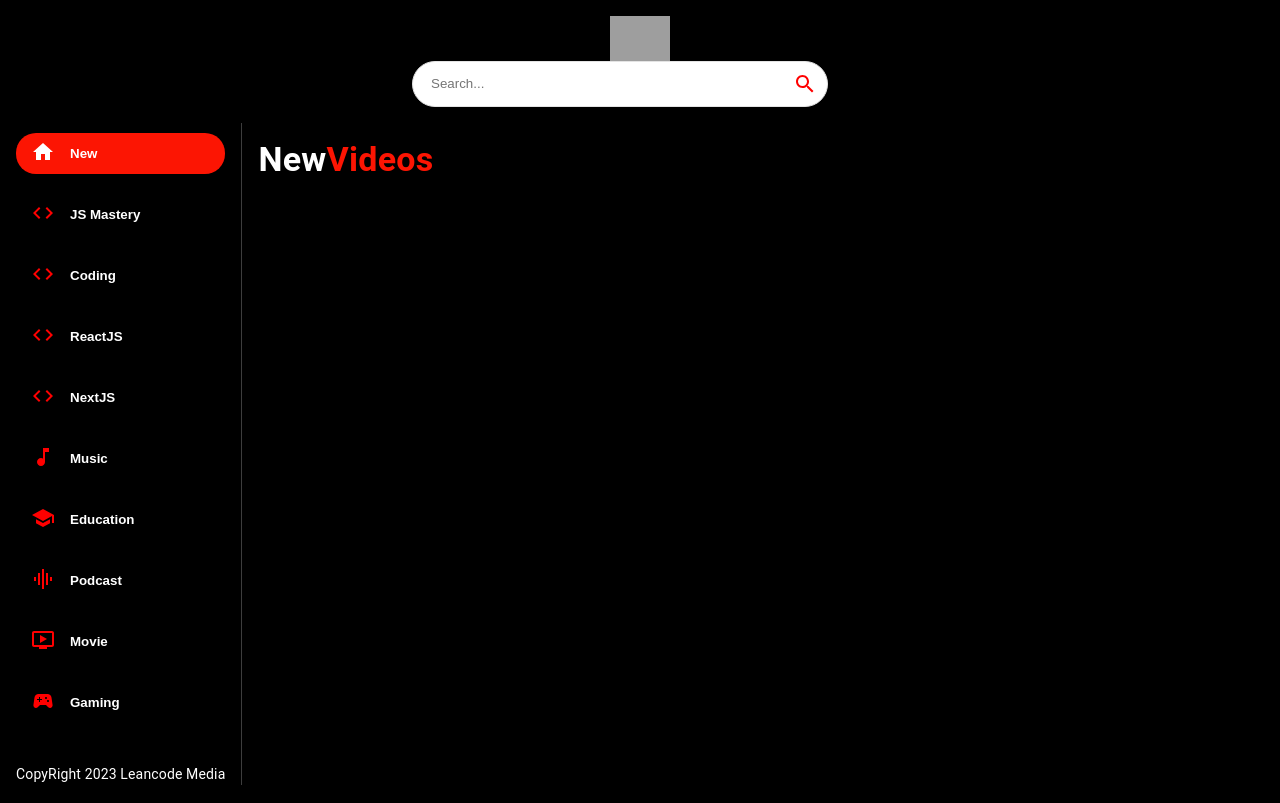
Repository: remydev47/youtubeclone
Page: /
These files come from the project's save history. The page is drawn as it stood at one moment and after the next save; the edit follows.
The browser window is 1280 px wide. The pictures show the whole page.
Pictures or frames that could not be fetched are drawn as grey boxes. The project was rebuilt for these pictures with package versions that can differ from the ones it lists, and the page was loaded fresh each time. Also part of the build but not shown: vite.config.js, src/components/VideoCard.jsx, src/components/ChannelCard.jsx, src/components/Videos.jsx, src/components/VideoDetail.jsx, src/components/ChannelDetail.jsx, src/components/SearchFeed.jsx.

Above is the page before, as saved 2023-01-10 09:59:40.
Console error: ReferenceError: url is not defined

After the next save:
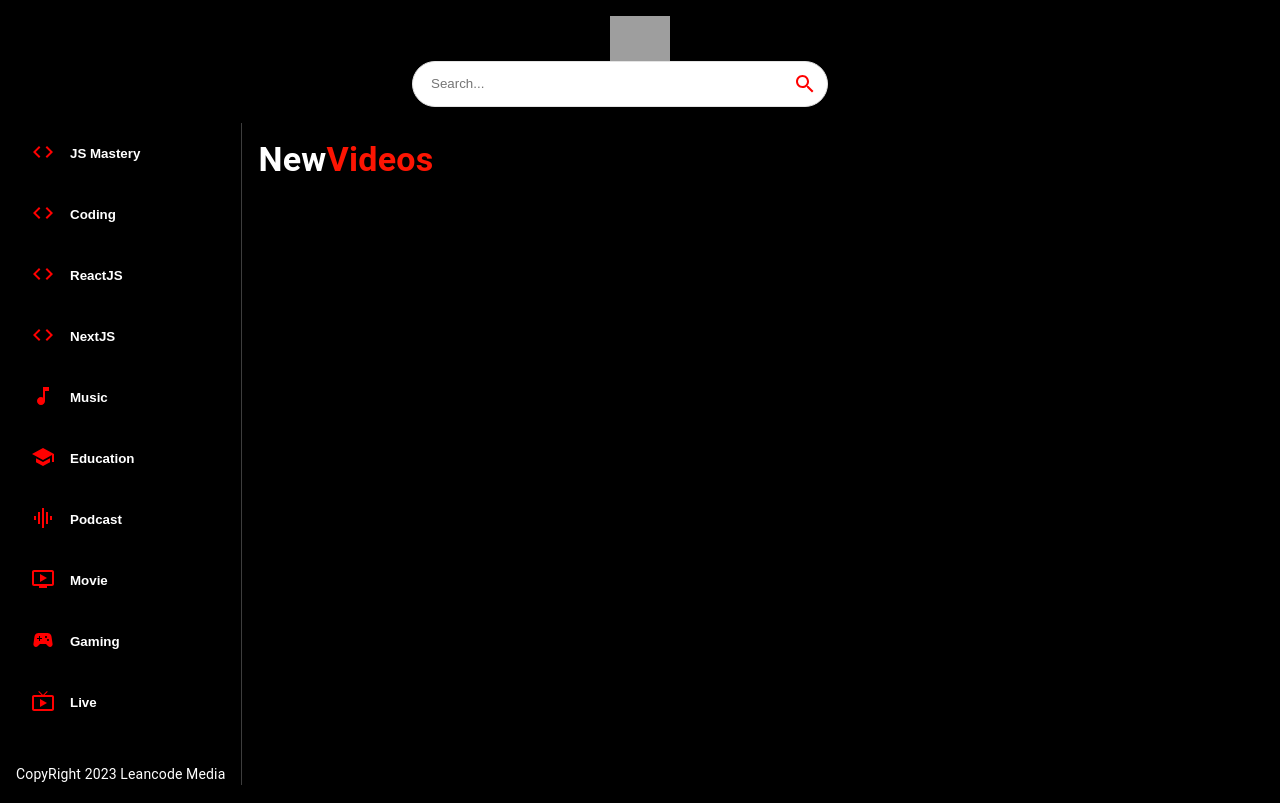
Saved 6 min 19 s later.
--- a/src/utils/constants.js
+++ b/src/utils/constants.js
@@ -15,7 +15,7 @@
 export const logo = 'https://i.ibb.co/s9Qys2j/logo.png';
 
 export const categories = [
-  { name: 'New', icon: <HomeIcon />, },
+  //{ name: 'New', icon: <HomeIcon />, },
   { name: 'JS Mastery', icon: <CodeIcon />, },
   { name: 'Coding', icon: <CodeIcon />, },
   { name: 'ReactJS', icon: <CodeIcon />, },

After the save that followed:
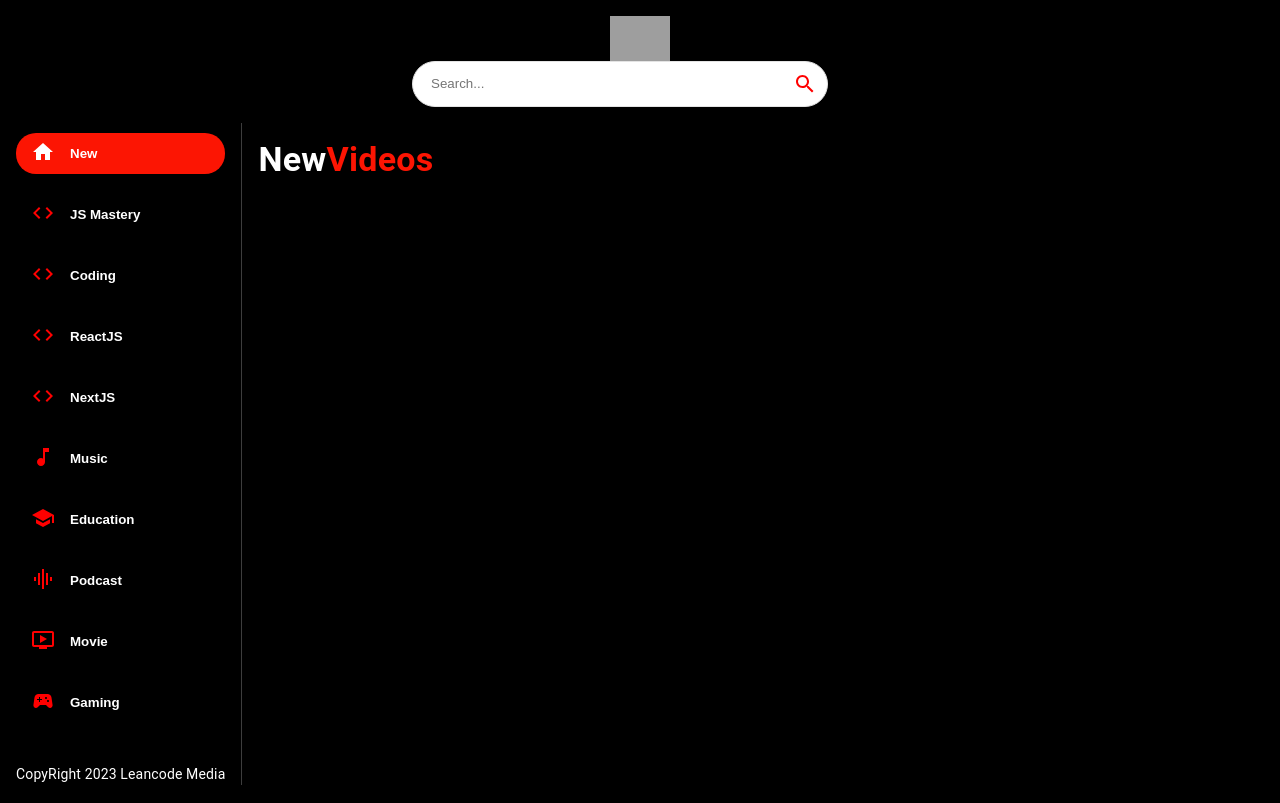
Saved 40 s later.
--- a/src/utils/constants.js
+++ b/src/utils/constants.js
@@ -15,7 +15,7 @@
 export const logo = 'https://i.ibb.co/s9Qys2j/logo.png';
 
 export const categories = [
-  //{ name: 'New', icon: <HomeIcon />, },
+  { name: 'New', icon: <HomeIcon />, },
   { name: 'JS Mastery', icon: <CodeIcon />, },
   { name: 'Coding', icon: <CodeIcon />, },
   { name: 'ReactJS', icon: <CodeIcon />, },
